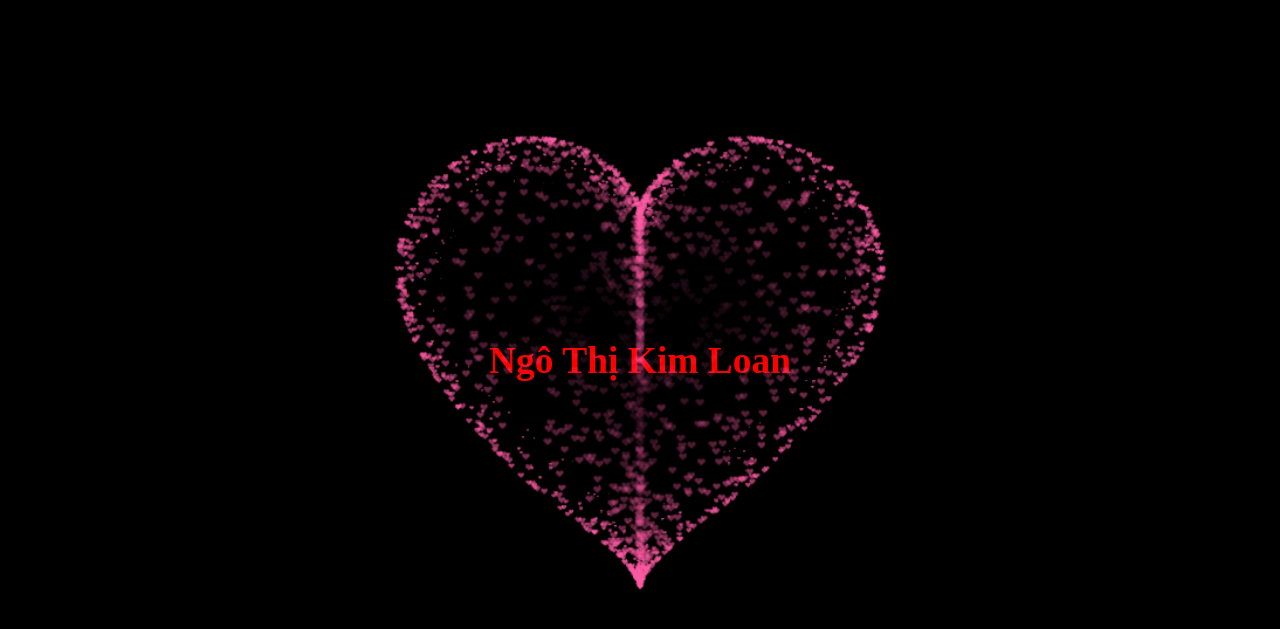
Repository: congbnvn0709/happy-valentine
Page: index.html
The author's editor kept a copy of each file at every save. The page is drawn from the files as they stood at one save, then again after the next save.
The browser window is 1280 px wide. The pictures show the whole page.

Above is the page before, as saved 2023-01-30 23:19:01.

After the next save:
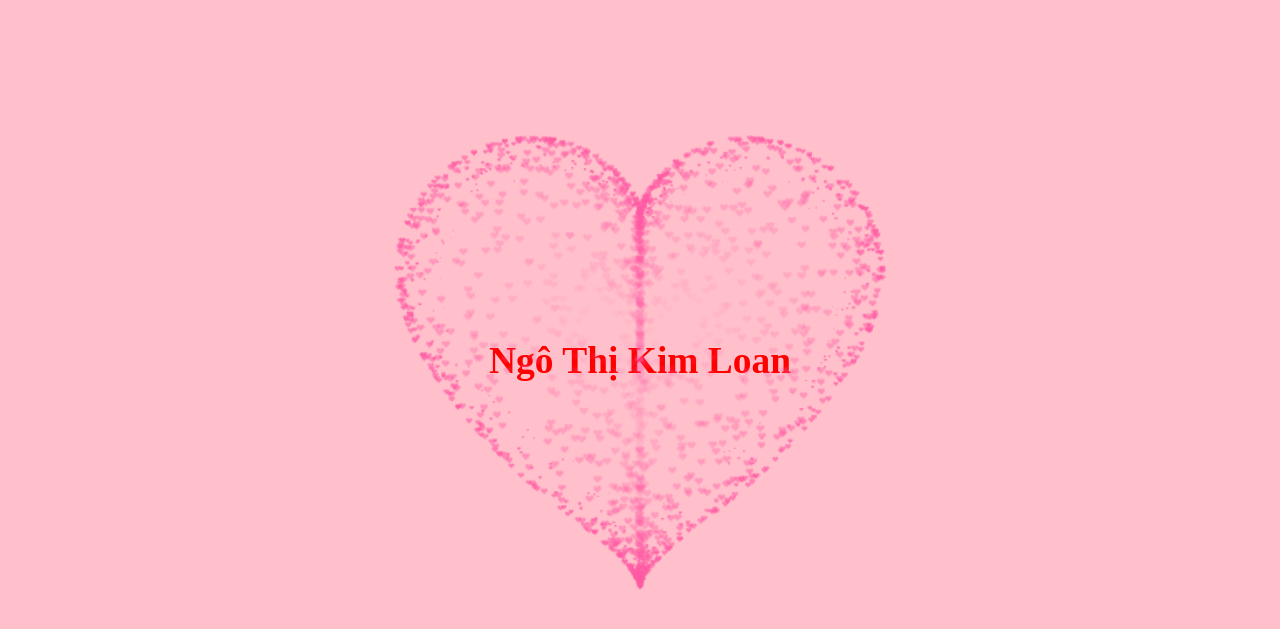
Saved 53 s later.
--- a/index.html
+++ b/index.html
@@ -12,7 +12,7 @@
         height: 100%;
         padding: 0;
         margin: 0;
-        background: #000;
+        background: pink;
         display: flex;
         justify-content: center;
         align-items: center;
